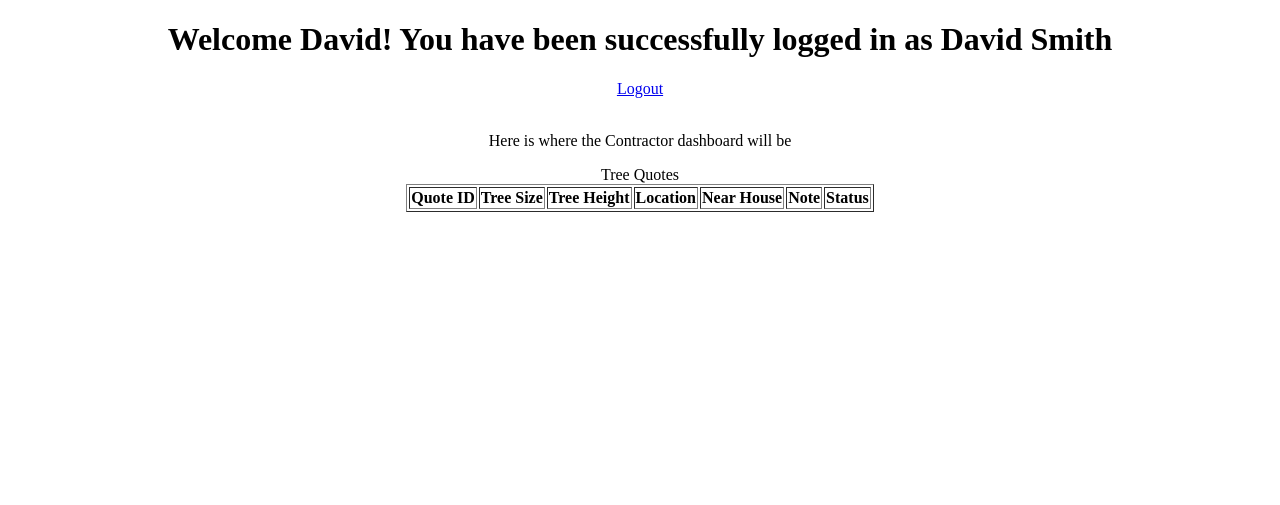
Repository: jrule5960/Tree-Cutting-Database
Page: http://localhost/database/DavidSmithView.jsp
An editor plug-in stored every save of this project. The page is shown before and after the next save, followed by the edit.
The browser window is 1280 px wide. The pictures show the whole page.
The page is served by Tomcat 9. Other server files are loaded and not shown. Queries for data that is not in the repository find no rows.

Above is the page before, as saved 2023-10-30 00:53:01.

### database/WebContent/DavidSmithView.jsp
<%@ page language="java" contentType="text/html; charset=ISO-8859-1" pageEncoding="ISO-8859-1" %>
<%@ taglib uri="http://java.sun.com/jsp/jstl/core" prefix="c" %>

<%-- Import necessary Java classes --%>
<%@ page import="java.sql.*" %>

<!DOCTYPE html>
<html>
<head>
    <meta charset="ISO-8859-1">
    <title>Contractor DAVID'S Page</title>
</head>
<body>
    <center>
        <h1>Welcome David! You have been successfully logged in as David Smith</h1>
    </center>

    <center>
        <a href="login.jsp" target="_self">Logout</a><br><br>
        <p>Here is where the Contractor dashboard will be</p>

        <%-- Retrieve and display tree quotes --%>
        <table border="1">
            <caption>Tree Quotes</caption>
            <tr>
                <th>Quote ID</th>
                <th>Tree Size</th>
                <th>Tree Height</th>
                <th>Location</th>
                <th>Near House</th>
                <th>Note</th>
                <th>Status</th>
            </tr>

            <%
            try {
                // Database connection parameters
                String url = "jdbc:mysql://your-database-url";
                String user = "your-username";
                String password = "your-password";

                Class.forName("com.mysql.cj.jdbc.Driver");
                Connection connection = DriverManager.getConnection(url, user, password);

                // Query to retrieve tree quotes
                String selectQuery = "SELECT * FROM TreeRequest";
                Statement statement = connection.createStatement();
                ResultSet resultSet = statement.executeQuery(selectQuery);

                while (resultSet.next()) {
                    int quoteID = resultSet.getInt("RequestID");
                    double treeSize = resultSet.getDouble("TreeSize");
                    double treeHeight = resultSet.getDouble("TreeHeight");
                    String location = resultSet.getString("Location");
                    boolean nearHouse = resultSet.getBoolean("NearHouse");
                    String note = resultSet.getString("Note");
                    String status = resultSet.getString("Status");

                    %>
                    <tr>
                        <td><%= quoteID %></td>
                        <td><%= treeSize %></td>
                        <td><%= treeHeight %></td>
                        <td><%= location %></td>
                        <td><%= nearHouse %></td>
                        <td><%= note %></td>
                        <td><%= status %></td>
                    </tr>
                    <%
                }
                resultSet.close();
                statement.close();
                connection.close();
            } catch (Exception e) {
                e.printStackTrace();
            }
            %>
        </table>
        <%
        %>
    </center>
</body>
</html>

After the next save:
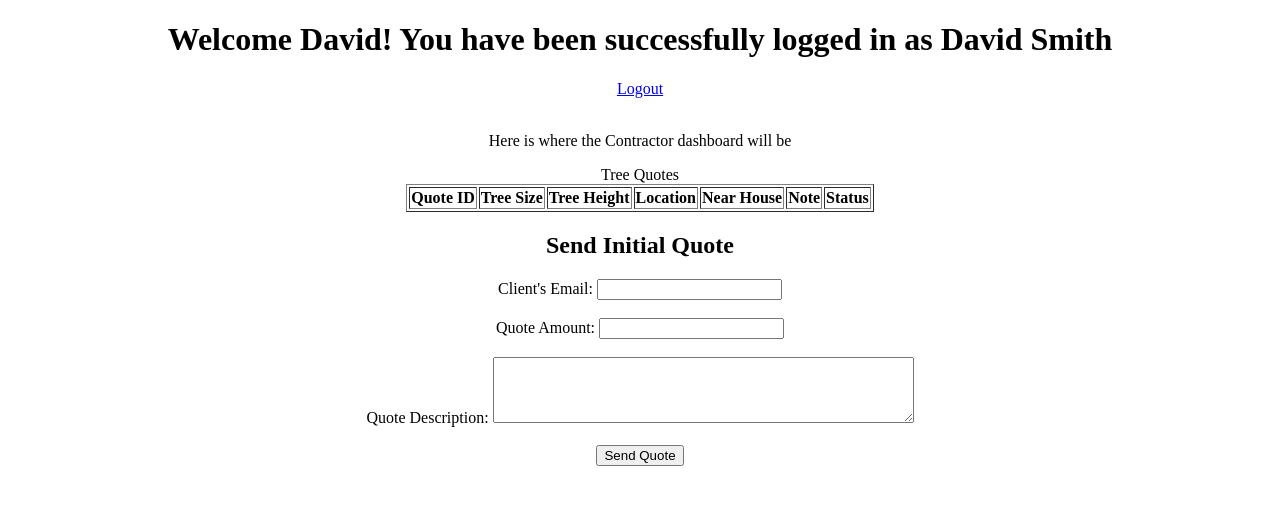
Saved 5 min 6 s later.
--- a/database/WebContent/DavidSmithView.jsp
+++ b/database/WebContent/DavidSmithView.jsp
@@ -78,6 +78,21 @@
         </table>
         <%
         %>
+
+        <%-- Form to send an initial quote to a client --%>
+        <form action="sendQuote.jsp" method="post">
+            <h2>Send Initial Quote</h2>
+            <label for="clientEmail">Client's Email:</label>
+            <input type="email" name="clientEmail" required><br><br>
+
+            <label for="quoteAmount">Quote Amount:</label>
+            <input type="number" name="quoteAmount" required><br><br>
+
+            <label for="quoteDescription">Quote Description:</label>
+            <textarea name="quoteDescription" rows="4" cols="50"></textarea><br><br>
+
+            <input type="submit" value="Send Quote">
+        </form>
     </center>
 </body>
 </html>
